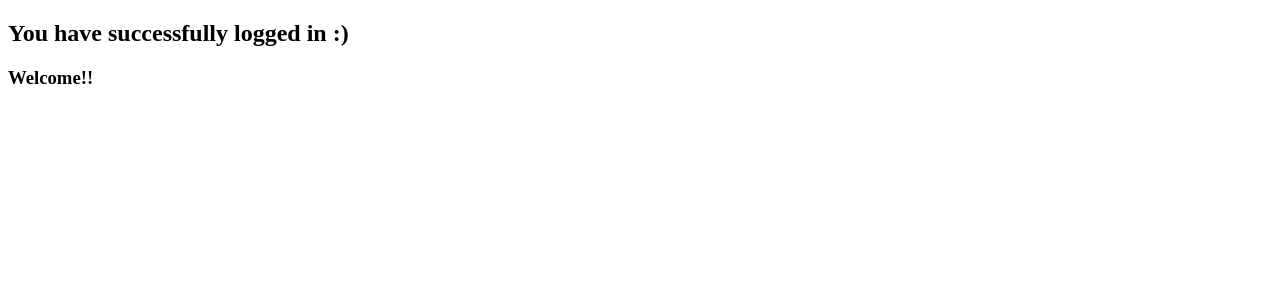
Repository: Roshni260/Integrate_Client_and_Server
Page: http://localhost/Loginandreg/welcome.jsp
An editor plug-in stored every save of this project. The page is shown before and after the next save, followed by the edit.
The browser window is 1280 px wide. The pictures show the whole page.
The page is served by Tomcat 9.

Above is the page before, as saved 2023-06-21 07:55:59.

### Loginandreg/src/main/webapp/welcome.jsp
<%@ page language="java" contentType="text/html; charset=ISO-8859-1"
    pageEncoding="ISO-8859-1"%>
<!DOCTYPE html>
<html>
<head>
<meta charset="ISO-8859-1">
<title>Insert title here</title>
</head>
<body>
<h2> You have successfully logged in :)</h2>
<h3>Welcome!!</h3>
</body>
</html>

After the next save:
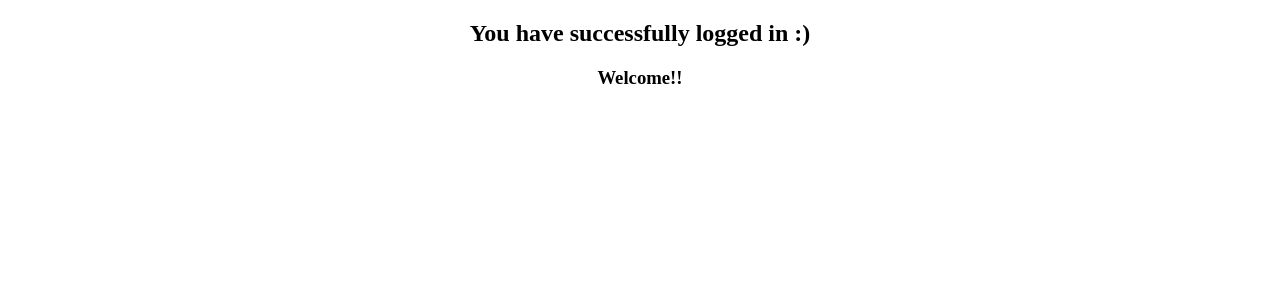
Saved 2 min 44 s later.
--- a/Loginandreg/src/main/webapp/welcome.jsp
+++ b/Loginandreg/src/main/webapp/welcome.jsp
@@ -7,7 +7,8 @@
 <title>Insert title here</title>
 </head>
 <body>
+<div align="center">
 <h2> You have successfully logged in :)</h2>
-<h3>Welcome!!</h3>
+<h3>Welcome!!</h3></div>
 </body>
 </html>
